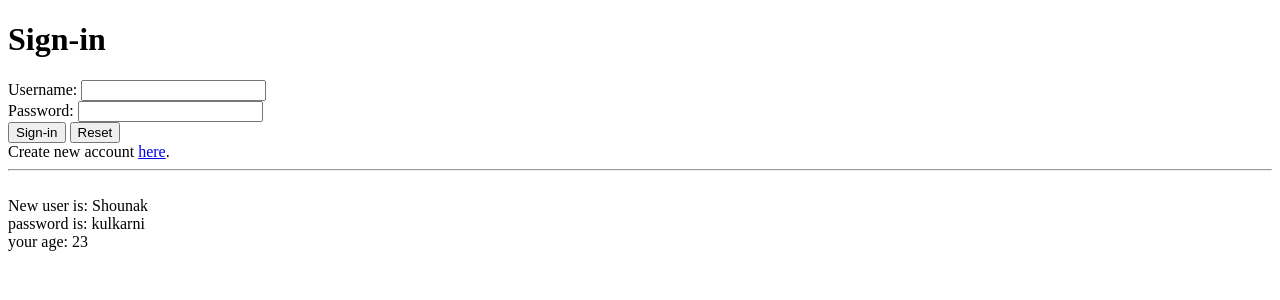
Repository: shounakmk219/training
Page: http://localhost/Fakebook/
An editor plug-in stored every save of this project. The page is shown before and after the next save, followed by the edit.
The browser window is 1280 px wide. The pictures show the whole page.
The page is served by Tomcat 9. Other server files are loaded and not shown.

Above is the page before, as saved 2019-07-10 11:28:09.

### week2/Fakebook/WebContent/index.jsp
<%@ page language="java" contentType="text/html; charset=ISO-8859-1"
    pageEncoding="ISO-8859-1"%>
<!DOCTYPE html>
<html>
<head>
<meta charset="ISO-8859-1">
<title>Fakebook</title>
</head>
<body>
	<h1>Sign-in</h1>
	<form action="sign-in" method="post">
		Username: <input type="text" name="uname"/><br>
		Password: <input type="password" name="pass"/><br>
		<input type="submit" value="Sign-in">
		<input type="reset" value="Reset">
	</form>
	Create new account <a href="sign-up">here</a>.<hr><br>
	<jsp:useBean id="p1" class="com.model.Profile"></jsp:useBean>
	<jsp:setProperty property="uname" name="p1" value="Shounak"/>
	<jsp:setProperty property="password" name="p1" value="kulkarni"/>
	<jsp:setProperty property="age" name="p1" value="23"/>

	New user is: <jsp:getProperty property="uname" name="p1"/><br>
	password is: <jsp:getProperty property="password" name="p1"/><br>
	your age: <jsp:getProperty property="age" name="p1"/>

</body>
</html>

After the next save:
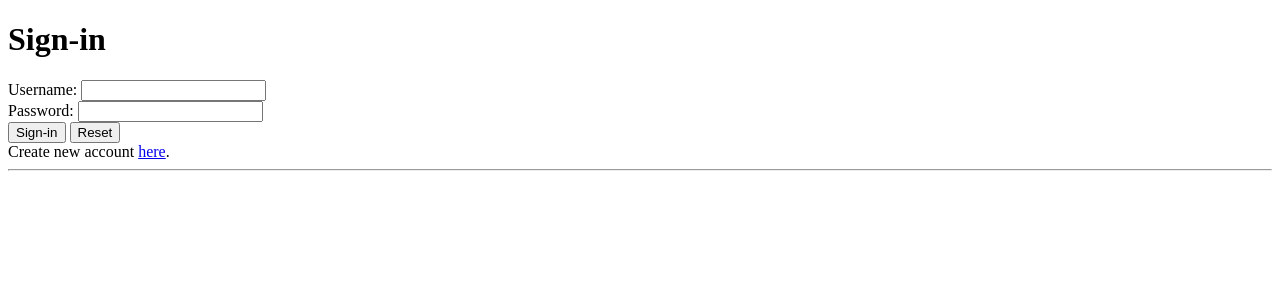
Saved 7 min 32 s later.
--- a/week2/Fakebook/WebContent/index.jsp
+++ b/week2/Fakebook/WebContent/index.jsp
@@ -15,14 +15,14 @@
 		<input type="reset" value="Reset">
 	</form>
 	Create new account <a href="sign-up">here</a>.<hr><br>
-	<jsp:useBean id="p1" class="com.model.Profile"></jsp:useBean>
-	<jsp:setProperty property="uname" name="p1" value="Shounak"/>
-	<jsp:setProperty property="password" name="p1" value="kulkarni"/>
-	<jsp:setProperty property="age" name="p1" value="23"/>
+<%-- 	<jsp:useBean id="p1" class="com.model.Profile"></jsp:useBean> --%>
+<%-- 	<jsp:setProperty property="uname" name="p1" value="Shounak"/> --%>
+<%-- 	<jsp:setProperty property="password" name="p1" value="kulkarni"/> --%>
+<%-- 	<jsp:setProperty property="age" name="p1" value="23"/> --%>
 
-	New user is: <jsp:getProperty property="uname" name="p1"/><br>
-	password is: <jsp:getProperty property="password" name="p1"/><br>
-	your age: <jsp:getProperty property="age" name="p1"/>
+<%-- 	New user is: <jsp:getProperty property="uname" name="p1"/><br> --%>
+<%-- 	password is: <jsp:getProperty property="password" name="p1"/><br> --%>
+<%-- 	your age: <jsp:getProperty property="age" name="p1"/> --%>
 
 </body>
 </html>
